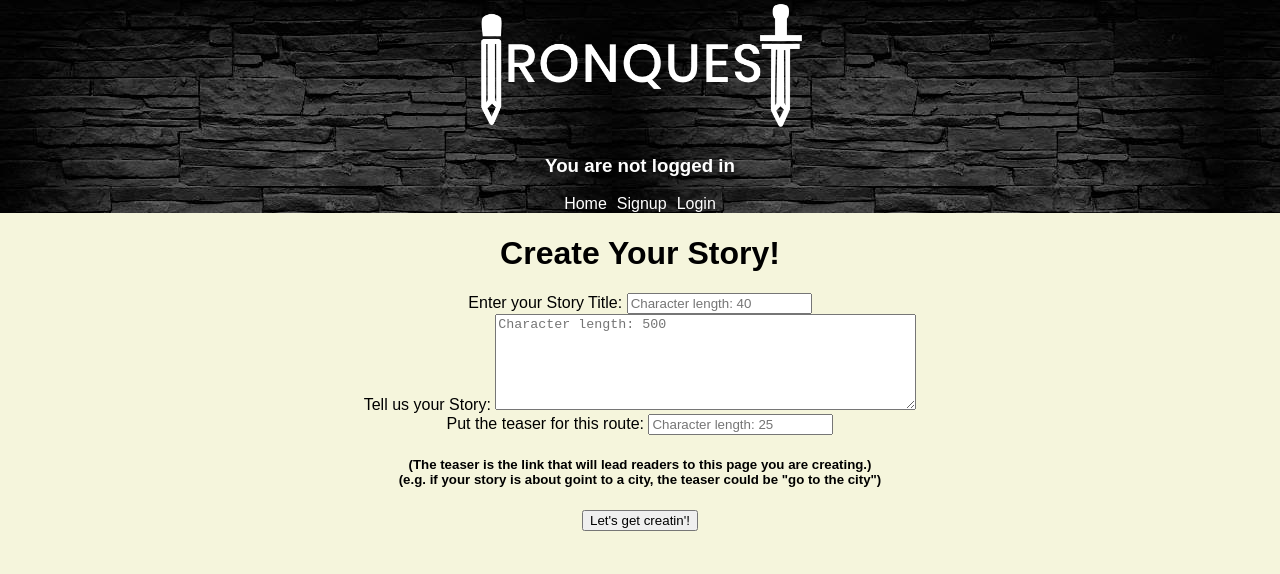
Repository: MikeTroianello/project4
Page: /createstory (app in client/)
The author's editor kept a copy of each file at every save. The page is drawn from the files as they stood at one save, then again after the next save.
The browser window is 1280 px wide. The pictures show the whole page.
The project was rebuilt for these pictures with package versions that can differ from the ones it lists, and the page was loaded fresh each time. Also part of the build but not shown: client/src/components/pages/StoryPage.jsx, client/src/components/pages/ReadStory.jsx, client/src/components/pages/Home.jsx, client/src/components/pages/Login.jsx, client/src/components/pages/Signup.jsx, client/src/components/pages/Profile.jsx.

Above is the page before, as saved 2019-03-22 12:12:07.

### client/public/index.html
<!DOCTYPE html>
<html lang="en">

<head>
  <meta charset="utf-8">
  <meta name="viewport" content="width=device-width, initial-scale=1, shrink-to-fit=no">
  <meta name="theme-color" content="#000000">
  <!--
      manifest.json provides metadata used when your web app is added to the
      homescreen on Android. See https://developers.google.com/web/fundamentals/engage-and-retain/web-app-manifest/
    -->
  <!-- <link rel="manifest" href="%PUBLIC_URL%/manifest.json"> -->
  <link rel="shortcut icon" href="%PUBLIC_URL%/favicon.ico">
  <!--
      Notice the use of %PUBLIC_URL% in the tags above.
      It will be replaced with the URL of the `public` folder during the build.
      Only files inside the `public` folder can be referenced from the HTML.

      Unlike "/favicon.ico" or "favicon.ico", "%PUBLIC_URL%/favicon.ico" will
      work correctly both with client-side routing and a non-root public URL.
      Learn how to configure a non-root public URL by running `npm run build`.
    -->
  <title>IronQuest</title>
</head>

<body>
  <noscript>
    You need to enable JavaScript to run this app.
  </noscript>
  <div id="root"></div>
  <!--
      This HTML file is a template.
      If you open it directly in the browser, you will see an empty page.

      You can add webfonts, meta tags, or analytics to this file.
      The build step will place the bundled scripts into the <body> tag.

      To begin the development, run `npm start` or `yarn start`.
      To create a production bundle, use `npm run build` or `yarn build`.
    -->
</body>

</html>

### client/src/index.js
import React from 'react';
import ReactDOM from 'react-dom';
import './index.scss';
import { BrowserRouter as Router } from 'react-router-dom';
import App from './components/App.jsx';
// import registerServiceWorker from './registerServiceWorker';

ReactDOM.render(<Router><App /></Router>, document.getElementById('root'));
// registerServiceWorker();

### client/src/index.scss
// --------------------
// Definition of variables
$primary: #454647;


// ----------------------------------------
// To install Boostrap:
// 1) Run in the client folder: $ npm i bootstrap
// 2) Import bootstrap with the following line
// @import '../node_modules/bootstrap/scss/bootstrap.scss';
//
// To install Reactstrap:
// 1) Run in the client folder: $ npm i reactstrap
// 2) Go to the official documentation and take some examples: https://reactstrap.github.io/
// import { Button } from 'reactstrap';
// <Button color="danger">Danger!</Button>
// ----------------------------------------


// --------------------
// Style reusable for all components
body {
  margin: 0;
  padding: 0;
  font-family: sans-serif;
  background-color: beige;
}

.info {
  margin: 20px;
  padding: 10px 20px;
  border-radius: 10px;
  display: inline-block;
  background-color: #5776e9;
  color: white;
}

.info.info-danger {
  background-color: #e73f3f;
}

// --------------------
// Style for App component
.App {
  text-align: center;

  .App-logo {
    animation: App-logo-spin infinite 20s linear;
    height: 80px;
  }

  .App-header {
    background-image: url('./images/brick-wall.jpg');
    padding: 2px 20px 0;
    color: white;

    a {
      color: white;
      padding: 0 5px;
      text-decoration: unset;
    }

    a.active {
      font-weight: bold;
    }
  }

  .App-title {
    font-size: 1.5em;
  }

  .App-intro {
    font-size: large;
  }

  @keyframes App-logo-spin {
    from {
      transform: rotate(0deg);
    }

    to {
      transform: rotate(360deg);
    }
  }
}

// --------------------
// Style for Home component
.Home {
  p {
    font-size: 1.2em;
  }
}

// --------------------
// Style for Secret component
.Secret {
  .result {
    font-size: 1.2em;
    color: $primary;
  }
}

.storyText{
    height:200px;
    font-size:14pt;
}

### client/src/components/App.jsx
import React, { Component } from 'react';
import { Route, Link, NavLink, Switch } from 'react-router-dom';
import Home from './pages/Home';
import CreateStory from './pages/CreateStory';
import Login from './pages/Login';
import Signup from './pages/Signup';
import api from '../api';
import ReadStory from './pages/ReadStory';
import StoryPage from './pages/StoryPage';
import Profile from './pages/Profile';
const logoBlue =require('../images/Ironquest-blue.png')
const logoBlack =require('../images/Ironquest-Black.png')
const logoWhite =require('../images/Ironquest-White.png')


export default class App extends Component {
  state = {
    user: {},
  }

  componentDidMount() {
    this.setUser()
  }

  setUser = () => {
    if (api.isLoggedIn()) {
      this.setState({ user: api.getLocalStorageUser() })
    } else {
      this.setState({ user: {} })

    }
  }

  handleLogoutClick(e) {
    api.logout()
    //this.setState({user:null})
    this.setUser()

  }

  render() {
    return (
      <div className="App">
        <header className="App-header">
         <img src={logoWhite} alt="Thanks Haley!" height="130" width="auto" />
          {api.isLoggedIn() && <p>Hello, {this.state.user.username}!</p>}
          {!api.isLoggedIn() && <h3>You are not logged in</h3>}
          <NavLink to="/" exact>Home</NavLink>
          {!api.isLoggedIn() && <NavLink to="/signup">Signup</NavLink>}
          {!api.isLoggedIn() && <NavLink to="/login">Login</NavLink>}
          {api.isLoggedIn() && <NavLink to="/profile">Profile</NavLink>}
          {api.isLoggedIn() && <Link to="/" onClick={(e) => this.handleLogoutClick(e)}>Logout</Link>}
          {/* <NavLink to="/readstory">Read a Story</NavLink> */}
        </header>
        <Switch>


        <Route
            exact
            path='/'
            render={(props) => <Home {...props}  setUser={this.setUser} />}
          />
          <Route
            path='/signup'
            render={(props) => <Signup {...props} setUser={this.setUser} />}
          />
          <Route
            path='/login'
            render={(props) => <Login {...props} setUser={this.setUser}/>}
          />
          <Route
            path='/createstory'
            render={(props) => <CreateStory {...props} setUser={this.setUser}/>}
          />
          <Route
            path='/readstory'
            render={(props) => <ReadStory {...props} setUser={this.setUser}/>}
          />
          <Route
            path='/profile'
            render={(props) => <Profile {...props} setUser={this.setUser}/>}
          />
          <Route
            path='/story/:id'
            render={(props) => <StoryPage {...props} setUser={this.setUser}/>}
          />
          <Route render={() => <h2>404</h2>} />


        </Switch>
      </div>
    );
  }
}

### client/src/components/pages/CreateStory.jsx
import React, { Component } from 'react';
import api from '../../api';
import Axios from 'axios';
import { SERVER_URL } from '../../config'
import currentStory from './StoryPage'

//THIS PAGE IS CALLED TO CREATE NEW STORIES. SHOULD NOT SHOW UP ON ITS OWN

export default class CreateStory extends Component {
  constructor(props) {
    super(props)
    this.state = {
      title: "",
      content: "",
      creatorId: "",
      teaser: "",
      message: null,
    }
    this.handleInputChange = this.handleInputChange.bind(this)
  }

  handleInputChange(event) {
    this.setState({
      [event.target.name]: event.target.value
    })
  }

  handleSubmit = (event) => {
    event.preventDefault()
    console.log("the event", this.props._id)
    let storyToSave = {
      title:event.target.title.value,
      content:event.target.content.value,
      teaser:event.target.teaser.value,
      pageNumber:Number(this.props.pageNumber)+1,
      idOfLastPage: this.props._id
    }
    Axios.post(`${SERVER_URL}/createstory`, storyToSave).then(res=>{
      console.log('post successful',res.data)
      this.props.history.push(`/story/${res.data._id}`)
      window.location.reload()
      //window.location.reload(`/story/${res.data._id}`);
    })
  }
  render(){
    return (
      <div className="CreateStory">
        <h1>Create Your Story!</h1>
        <form onSubmit={this.handleSubmit}>
          Enter your Story Title: <input
            type="text"
            maxLength="40"
            value={this.state.title}
            name="title"
            placeholder="Character length: 40"
            onChange={this.handleInputChange}
            /> <br></br>
          Tell us your Story: <textarea
            rows="6"
            cols="50"
            maxLength="500"
            value={this.state.content}
            name="content"
            placeholder="Character length: 500"
            onChange={this.handleInputChange}
            /> <br></br>
          Put the teaser for this route: <input
            type="text"
            maxLength="25"
            value={this.state.teaser}
            name="teaser"
            placeholder="Character length: 25"
            onChange={this.handleInputChange}
            /> <br></br>
            <h5>(The teaser is the link that will lead readers to this page you are creating.)<br></br>
           (e.g. if your story is about goint to a city, the teaser could be "go to the city")</h5>
          {/* <button onClick={(e) => this.handleClick}>Let's get creatin'!</button> */}
          <button>Let's get creatin'!</button>

        </form>
        {/* <h3>(Note: this button is when you want to create a new story.)</h3> */}
      </div>
    )
  }
}

### client/src/api.js
import axios from 'axios'
axios.defaults.withCredentials = true


const service = axios.create({
  baseURL: process.env.NODE_ENV === 'production' ? '/api' : 'http://localhost:5000/api',
  withCredentials: true
})

const errHandler = err => {
  console.error(err)
  if (err.response && err.response.data) {
    console.error("API response", err.response.data)
    throw err.response.data.message
  }
  throw err
}

export default {
  service: service,

  // This method is synchronous and returns true or false
  // To know if the user is connected, we just check if we have a value for localStorage.getItem('user')
  isLoggedIn() {
    return localStorage.getItem('user') != null
  },

  // This method returns the user from the localStorage
  // Be careful, the value is the one when the user logged in for the last time
  getLocalStorageUser() {
    return JSON.parse(localStorage.getItem('user'))
  },

  // This method signs up and logs in the user
  signup(userInfo) {
    return service
      .post('/signup', userInfo)
      .then(res => {
        // If we have localStorage.getItem('user') saved, the application will consider we are loggedin
        localStorage.setItem('user', JSON.stringify(res.data))
        return res.data
      })
      .catch(errHandler)
  },

  login(username, password) {
    return service
      .post('/login', {
        username,
        password,
      })
      .then(res => {
        // If we have localStorage.getItem('user') saved, the application will consider we are loggedin
        localStorage.setItem('user', JSON.stringify(res.data))
        return res.data
      })
      .catch(errHandler)
  },

  logout() {
    localStorage.removeItem('user')
    return service
      .get('/logout')
  },

  // This is an example on how to use this method in a different file
  // api.getCountries().then(countries => { /* ... */ })

}

### client/src/config.js
export const SERVER_URL = process.env.NODE_ENV === 'production' ? 'https://ironquest.herokuapp.com/api' : 'http://localhost:5000/api'

After the next save:
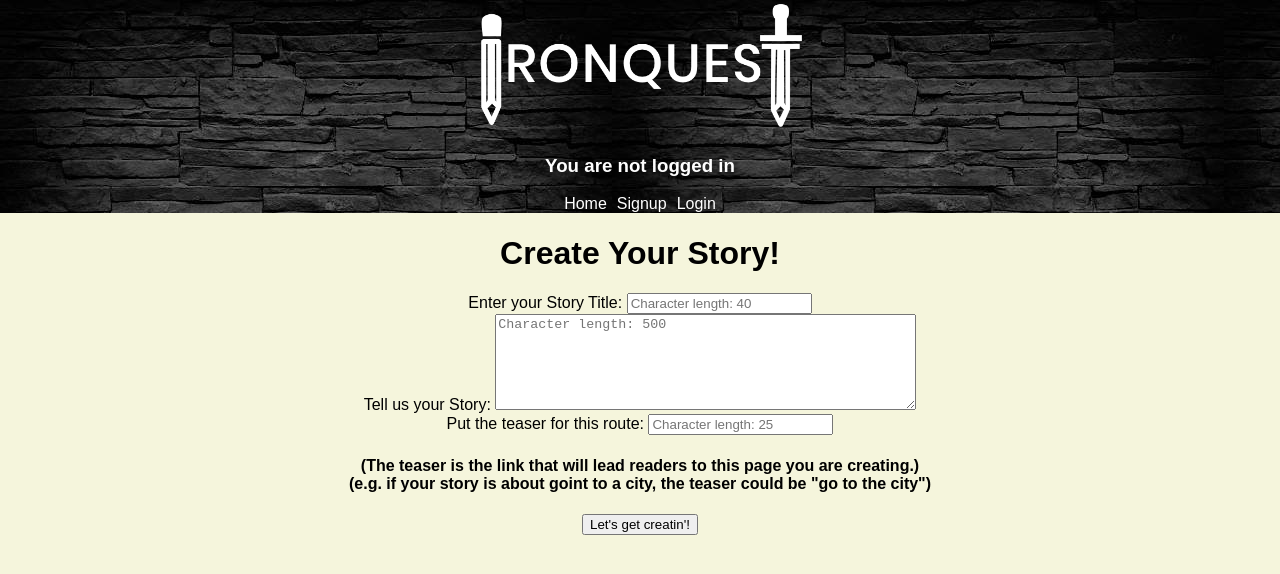
Saved 7 s later.
--- a/client/src/components/pages/CreateStory.jsx
+++ b/client/src/components/pages/CreateStory.jsx
@@ -72,8 +72,8 @@
             placeholder="Character length: 25"
             onChange={this.handleInputChange}
             /> <br></br>
-            <h5>(The teaser is the link that will lead readers to this page you are creating.)<br></br>
-           (e.g. if your story is about goint to a city, the teaser could be "go to the city")</h5>
+            <h4>(The teaser is the link that will lead readers to this page you are creating.)<br></br>
+           (e.g. if your story is about goint to a city, the teaser could be "go to the city")</h4>
           {/* <button onClick={(e) => this.handleClick}>Let's get creatin'!</button> */}
           <button>Let's get creatin'!</button>
 
